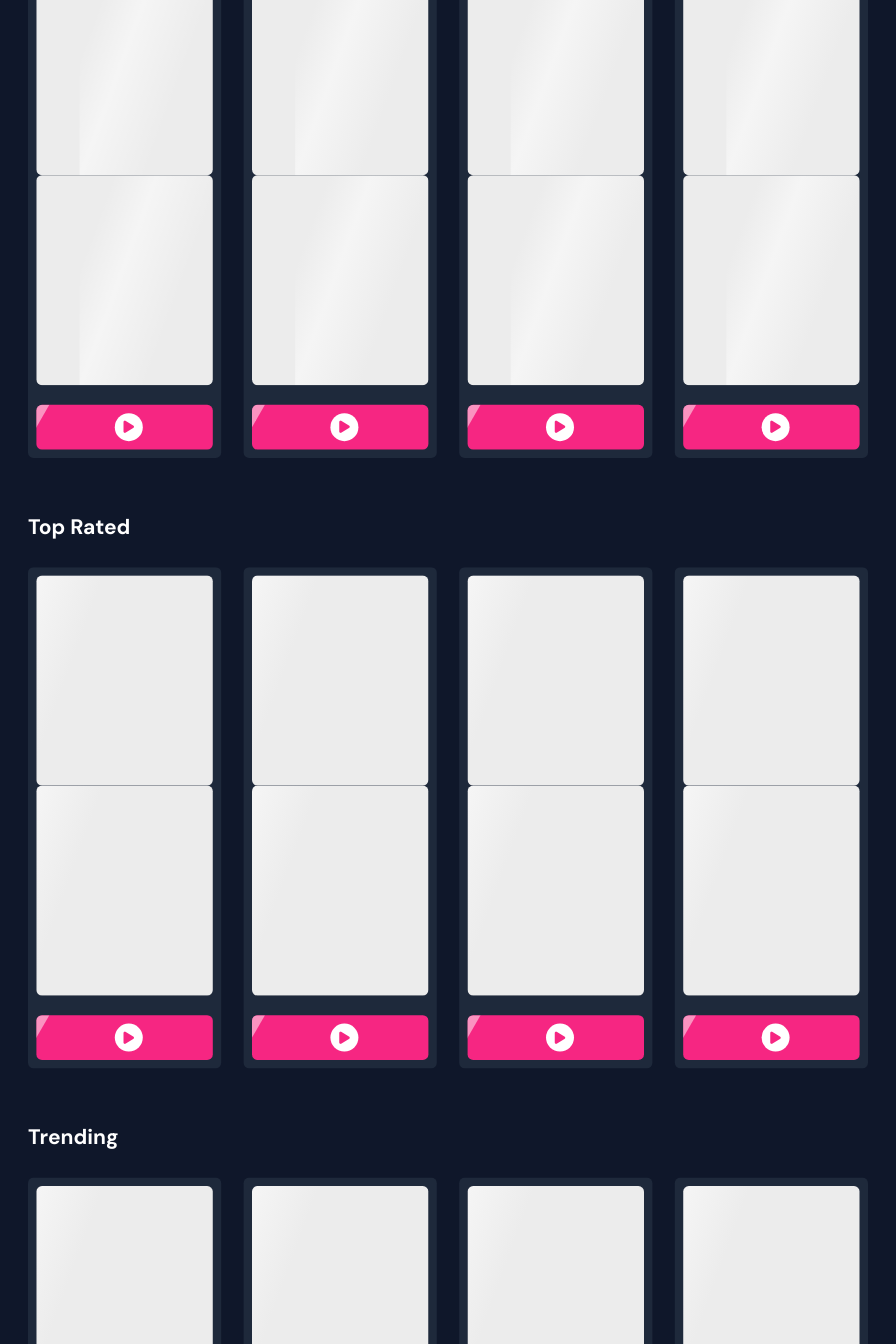
Repository: Linhyum/react-simple-movie
Page: /
These files come from the project's save history. The page is drawn as it stood at one moment and after the next save; the edit follows.
The browser window is 1280 px wide. The pictures show the part of the page from y = 946 to 2866 px (the page is 3424 px tall before and 2614 px after), at 70% of full size.
The page's requests for data from a server got no answer. The project was rebuilt for these pictures with package versions that can differ from the ones it lists, and the page was loaded fresh each time. No one was signed in, and anything a server would have sent is missing.

Above is the page before, as saved 2023-04-02 21:04:33.

After the next save:
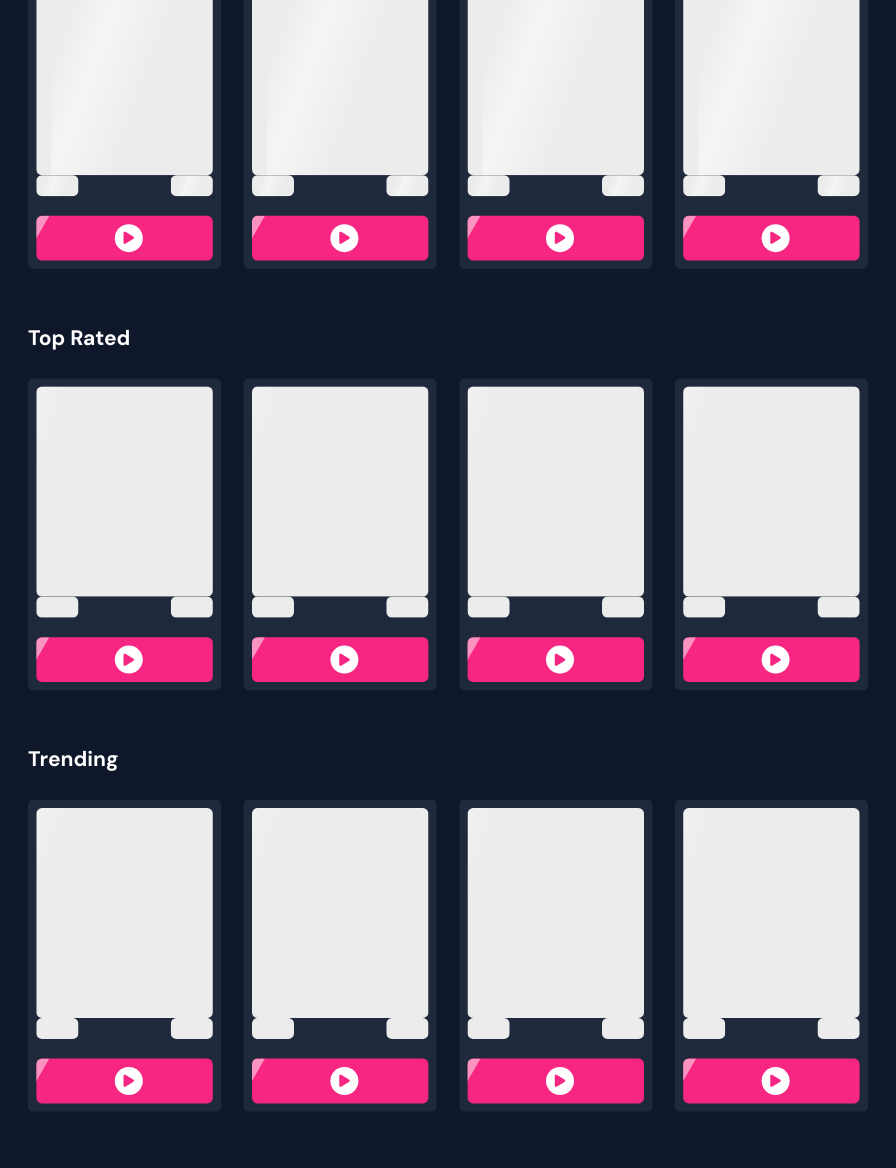
Saved 15 s later.
--- a/src/components/movie/MovieCard.js
+++ b/src/components/movie/MovieCard.js
@@ -44,10 +44,10 @@ export function MovieCardSkeleton() {
         <div className="movie-card text-white hover:shadow-lg hover:shadow-primary transition-all duration-300 rounded-lg p-3 bg-slate-800 select-none">
             <LoadingSkeleton height="300px" radius="8px"></LoadingSkeleton>
             <div className="flex items-center justify-between text-sm  mb-7">
-                <LoadingSkeleton height="300px" radius="8px"></LoadingSkeleton>
+                <LoadingSkeleton height="30px" width="60px" radius="8px"></LoadingSkeleton>
 
                 <div className="flex items-center gap-x-2">
-                    <LoadingSkeleton height="300px" radius="8px"></LoadingSkeleton>
+                    <LoadingSkeleton height="30px" width="60px" radius="8px"></LoadingSkeleton>
                 </div>
             </div>
             <Button></Button>
